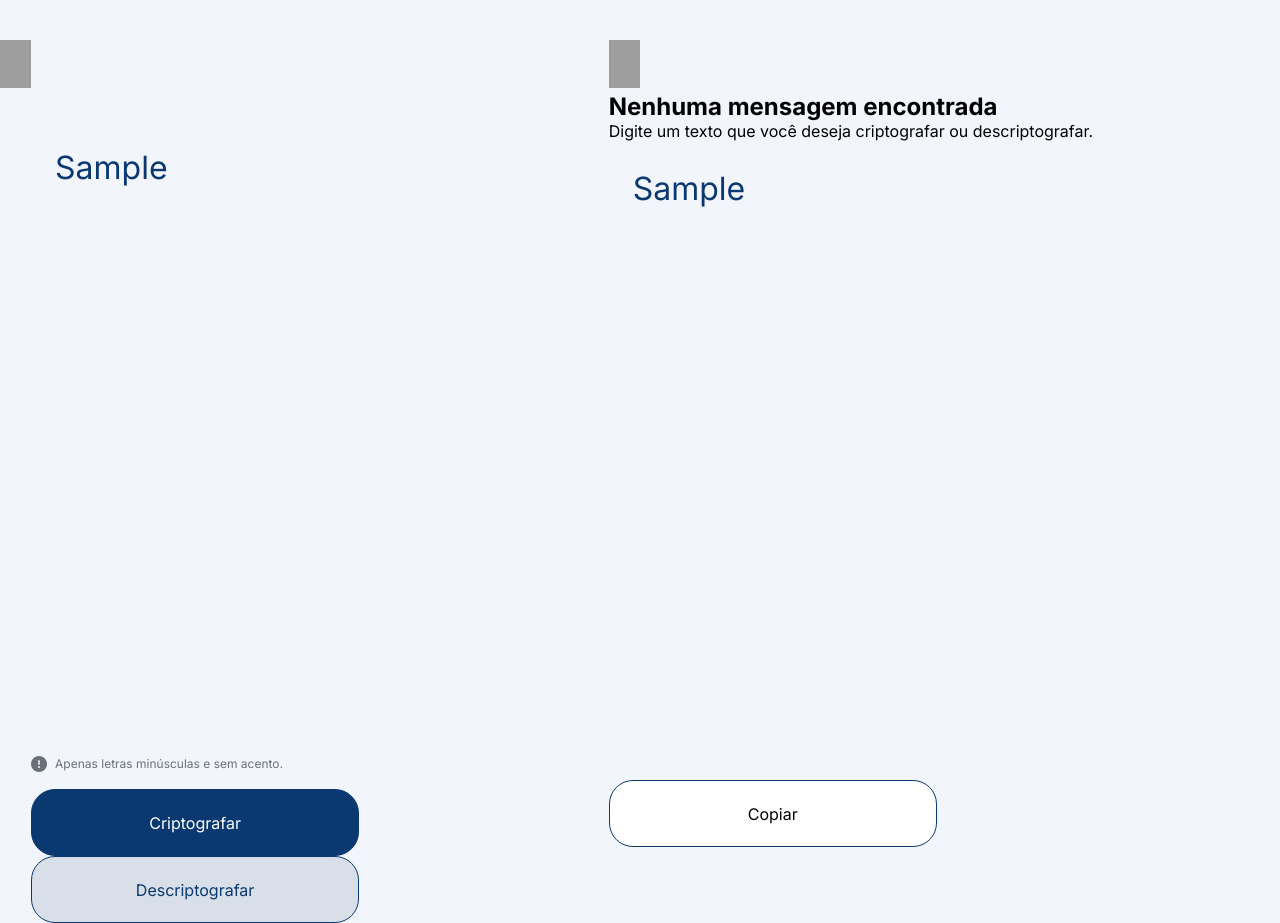
Repository: CarlosEduardoVdeOliveira/descodificador-de-texto
Page: index.html
An editor plug-in stored every save of this project. The page is shown before and after the next save, followed by the edit.
The browser window is 1280 px wide. The pictures show the whole page.
Empty fields were first filled with sample values (such as "Sample", 5 or name@example.com).
After loading, the first visible `button.button-cryptography` was clicked once.
Pictures or frames that could not be fetched are drawn as grey boxes.

Above is the page before, as saved 2023-04-13 09:57:21.

### index.html
<!DOCTYPE html>
<html lang="en">
<head>
   <meta charset="UTF-8">
   <link rel="preconnect" href="https://fonts.googleapis.com">
   <link rel="preconnect" href="https://fonts.gstatic.com" crossorigin>
   <meta http-equiv="X-UA-Compatible" content="IE=edge">
   <meta name="viewport" content="width=device-width, initial-scale=1.0">
   <link href="https://fonts.googleapis.com/css2?family=Inter:wght@400;700&display=swap" rel="stylesheet">
   <link rel="stylesheet" href="https://cdnjs.cloudflare.com/ajax/libs/font-awesome/6.4.0/css/all.min.css" integrity="sha512-iecdLmaskl7CVkqkXNQ/ZH/XLlvWZOJyj7Yy7tcenmpD1ypASozpmT/E0iPtmFIB46ZmdtAc9eNBvH0H/ZpiBw==" crossorigin="anonymous" referrerpolicy="no-referrer" />
   <link rel="stylesheet" href="/public/styles/reset.css">
   <link rel="stylesheet" href="/public/styles/index.css">
   <link rel="stylesheet" href="/public/styles/tablet.css">
   <link rel="stylesheet" href="/public/styles/mobile.css">
   <title>Decodificador</title>
</head>
<body>
   <main>
      <img src="/public/images/imageLogo2.png"
         alt="letra a da logo da escola de programação Alura">
      <div class="highlight">
         <textarea class="textarea-input" placeholder="Digite seu texto" autofocus></textarea>
         <div class="info">
            <span>
               <i class="fa-solid fa-circle-exclamation"></i>
               Apenas letras minúsculas e sem acento.
            </span>
            <div class="info-group-button">
               <button class="button-cryptography">Criptografar</button>
               <button class="button-decryption">Descriptografar</button>
            </div>
         </div>
      </div>
      <div class="text-cryption">
         <img src="/public/images/imageHighLight.svg" alt="">
         <div>
            <h2>Nenhuma mensagem encontrada</h2>
            <p>
               Digite um texto que você deseja criptografar ou descriptografar.
            </p>
         </div>
      </div>
   </main>
   <script src="/public/scripts/index.js"></script>
</body>
</html>

### public/styles/reset.css
:root{
   --light-gray: #D8DFE8;
   --gray-100: #CED4DA;
   --gray-200: #ADB5BD;
   --gray-300: #868E96;
   --gray-400: #495057;
   --gray-500: #343A40;
   --light-blue-100: #F3F5FC;
   --light-blue-200: #EFF1FA;
   --light-blue-300: #E9ECF8;
   --light-blue-400: #AAB2D5;
   --light-blue-500: #757FB2;
   --dark-blue-100: #609ED4;
   --dark-blue-200: #356EA9;
   --dark-blue-300: #0A3871;
   --dark-blue-400: #072B61;
   --dark-blue-500: #052051;
}
*{
   margin: 0;
   padding: 0;
   box-sizing: border-box;
}

html, input, textarea, button{
   font-family:  'Inter', sans-serif;
   font-size: 1rem;
   -webkit-font-smoothing: antialiased;
   -moz-osx-font-smoothing: grayscale;
}

### public/styles/index.css
body{
   background-color: var(--light-blue-100);
}
img{
   width: 1.943rem;
   height: 3rem;
   margin-top: 2.5rem;
}
main {
   display: flex;
   justify-content: space-around;
   align-items: self-start;
   margin: 0 auto;
}
.highlight{
   display: flex;
   flex-direction: column;
   margin-top: 7.5rem;
}
textarea.textarea-input{
   width: 100%;
   height: 39.68rem;
   font-size: 32px;
   line-height: 150%;
   background-color: var(--light-blue-100);
   color: var(--dark-blue-300);
   border: none;
   resize: none;
   margin: 0 auto;
   padding: 1.5rem;
}
textarea.textarea-input:focus{
   outline: 0;
}

textarea.textarea-input::placeholder{
   color: var(--dark-blue-300);
}
span{
   display: flex;
   align-items: center;
   font-size: 12px;
   color: var(--gray-400);
   line-height: 150%;
   opacity: 0.8;
   margin-bottom: 1rem;
}
i{
   color: var(--gray-400);
   margin-right: 0.5rem;
   font-size: 1rem;
}

button{
   padding: 1.5rem;
   width: 328px;
   height: 67px;
   border-radius: 1.5rem;
   cursor: pointer;
   font-size: 1rem;
   line-height: 19px;
   border: 1px solid var(--dark-blue-300);
   transition: all .2s;
}
.info .button-cryptography{
   background-color: var(--dark-blue-300);
   color: white;
   margin-right: 1.5rem;
}
.info .button-cryptography:hover{
   background-color: var(--dark-blue-400);
}
.info .button-decryption{
   background: var(--light-gray);
   color: var(--dark-blue-300);
}
.info .button-decryption:hover{
   background-color: var(--light-blue-200);
}
.text-cryption{
   width: 25rem;
   margin: 2.5rem;
   padding: 15.188rem 2rem;
   text-align: center;
   background-color: white;
   /* shadow */
   box-shadow: 0px 24px 32px -8px rgba(0, 0, 0, 0.08);
   border-radius: 32px;
}
.text-cryption img{
   width: 21rem;
   height: 19rem;
}
.text-cryption div{
   display: flex;
   flex-direction: column;

   margin-top: 2rem;
   padding: 0px;
   gap: 16px;
}

.button-copy-cryption{
   background-color: white;
}
.button-copy-cryption:hover{
   background-color: var(--light-blue-200);
}

### public/styles/tablet.css
@media (max-width: 768px) {
   main{
      display: block;
   }
   img{
      margin: 1rem;
   }
   .textarea-input{
      margin: 0 auto;
   }
   .info{
      display: flex;
      flex-direction: column;
      margin: 0 auto;
   }
   .text-cryption{
      width: 43rem;
      height: 8.313rem;
      padding: 0;
      margin: 1.5rem auto;
   }
   .text-cryption img{
      display: none;
   }
}

### public/styles/mobile.css
@media (max-width: 375px) {
   img{
      margin: 1rem;
   }
   .info{
      margin: 0 auto;
   }
   .info-group-button{
      display: flex;
      flex-direction: column;
   }
   .info-group-button .button-cryptography{
      margin-bottom: 1.5rem;
   }
   .text-cryption{
      width: 20.438rem;
      height: 11.625rem;
      padding: 0;
      margin: 1.5rem auto;
   }
}

### public/scripts/index.js
const elementTextarea = document.querySelector("textarea.textarea-input");
const areaCryption = document.querySelector(".text-cryption");
const buttonCryptography = document.querySelector(".button-cryptography");
const buttonDecryption = document.querySelector(".button-decryption");


function alterTextCryptionArea(){
   areaCryption.classList.remove('text-cryption')
   areaCryption.innerHTML += `
      <textarea class="textarea-input" disabled>${elementTextarea.value}</textarea>
      <button class="button-copy-cryption">Copiar</button>
   `;
}
/*
function copyText(){
   const text = document.querySelector("format-text-cryption")
   text.select();
   document.execCommand('copy');
} */
/* document.querySelector("button-copy-cryption").onclick = copyText */
buttonCryptography.onclick = alterTextCryptionArea
buttonDecryption.onclick = alterTextCryptionArea

After the next save:
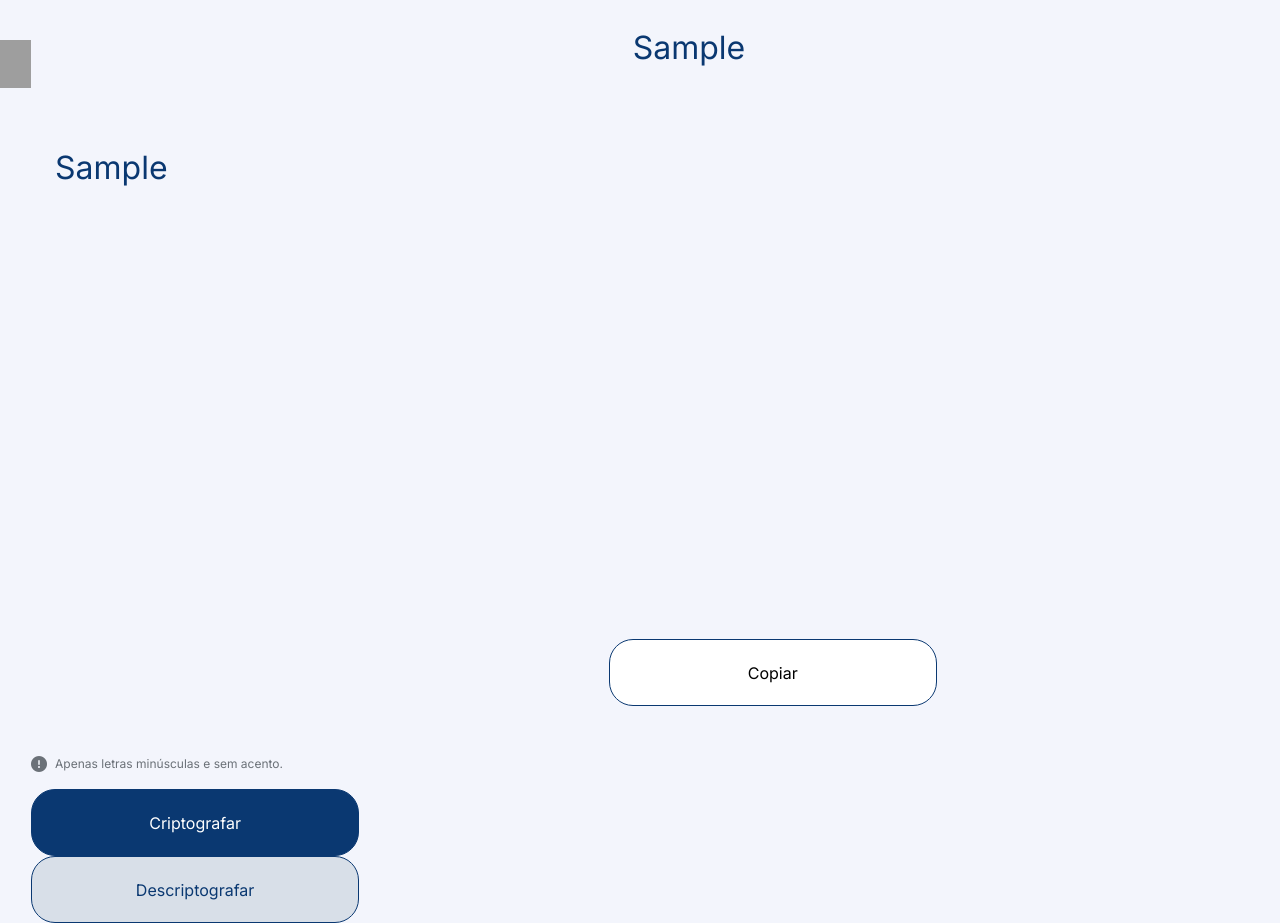
Saved 14 s later.
--- a/public/scripts/index.js
+++ b/public/scripts/index.js
@@ -6,7 +6,7 @@ const buttonDecryption = document.querySelector(".button-decryption");
 
 function alterTextCryptionArea(){
    areaCryption.classList.remove('text-cryption')
-   areaCryption.innerHTML += `
+   areaCryption.innerHTML = `
       <textarea class="textarea-input" disabled>${elementTextarea.value}</textarea>
       <button class="button-copy-cryption">Copiar</button>
    `;
